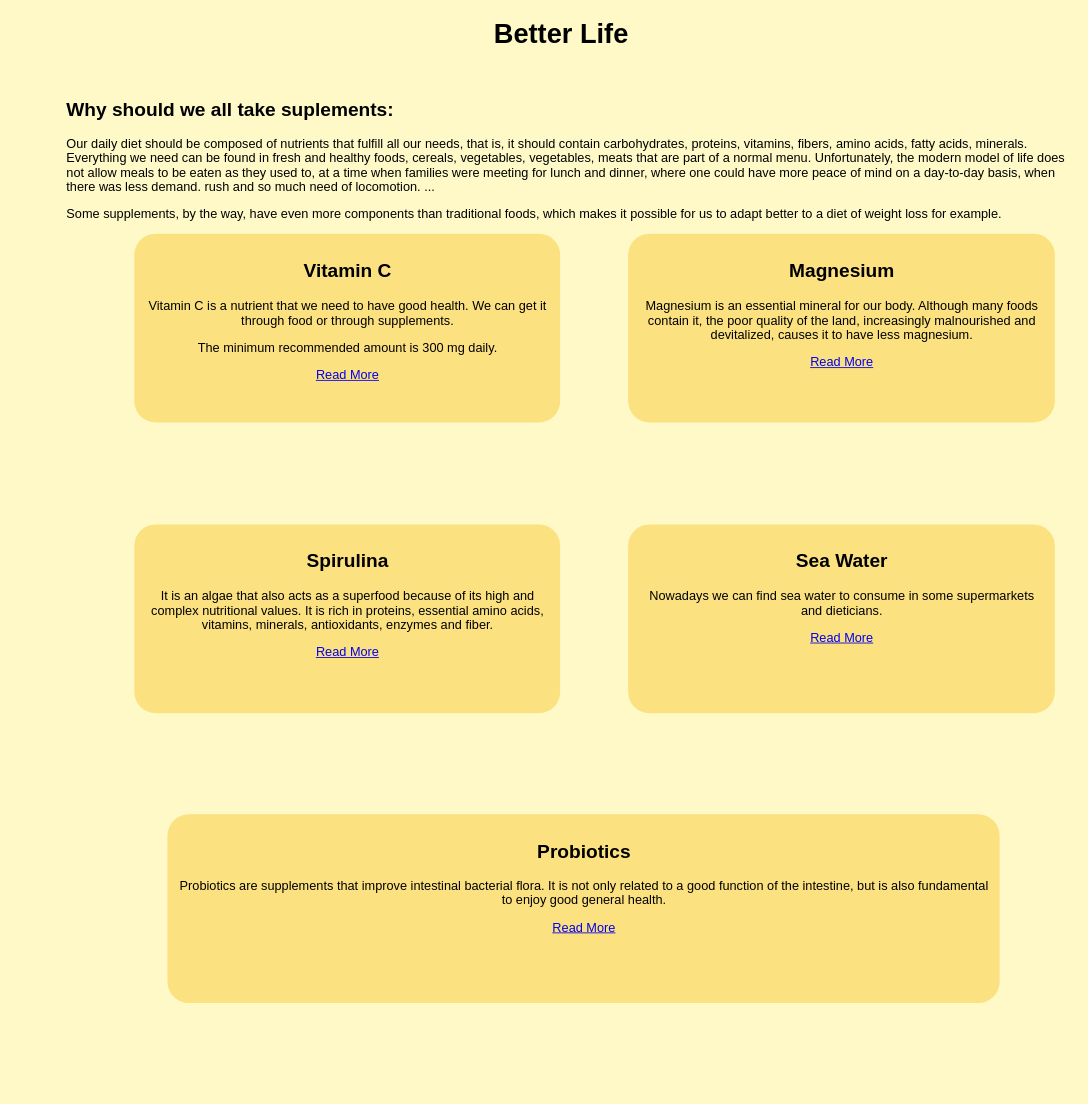
Repository: DSerenoG/Assessment2
Page: index.html
The author's editor kept a record of every edit. The page is drawn from the files as they stood at one moment, then again after the next edit.
The browser window is 1280 px wide. The pictures show the whole page, at 85% of full size.

Above is the page before.

After the next edit:
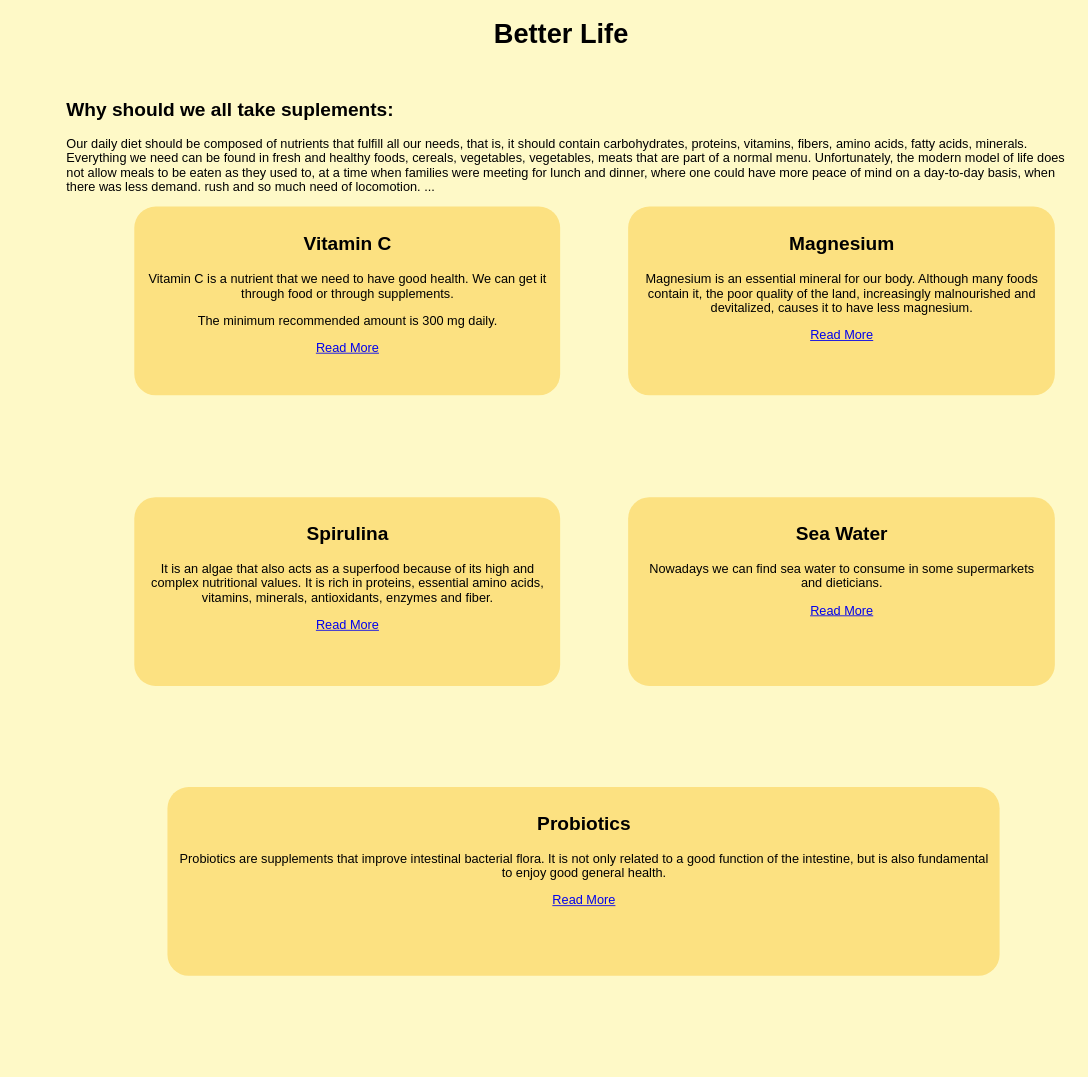
The edit:
--- a/index.html
+++ b/index.html
@@ -23,7 +23,7 @@
             <p>Our daily diet should be composed of nutrients that fulfill all our needs, that is, it should contain carbohydrates, proteins, vitamins, fibers, amino acids, fatty acids, minerals. Everything we need can be found in fresh and healthy foods, cereals, vegetables, vegetables, meats that are part of a normal menu.
             Unfortunately, the modern model of life does not allow meals to be eaten as they used to, at a time when families were meeting for lunch and dinner, where one could have more peace of mind on a day-to-day basis, when there was less demand. rush and so much need of locomotion. <span id="dots">...</span><span id="more">
             That's where the supplements come in. Supplements are nothing more than complements of the nutrients we need, but produced chemically, so that we have in our bodies what normal food could provide us.
-            <p>Some supplements, by the way, have even more components than traditional foods, which makes it possible for us to adapt better to a diet of weight loss for example.
+            Some supplements, by the way, have even more components than traditional foods, which makes it possible for us to adapt better to a diet of weight loss for example.
              </span></p>
 
         </reason>
